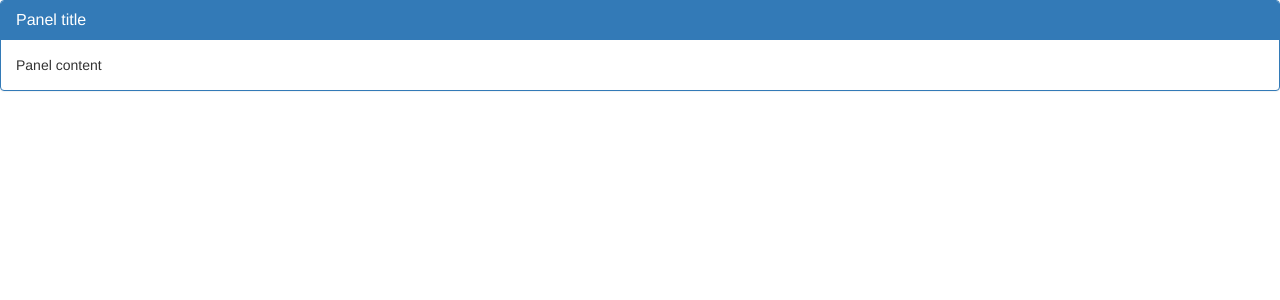
Repository: Bluesouls/eliauk.github.io
Page: Ajax学习笔记/day01/code/图书管理.html
These files come from the project's save history. The page is drawn as it stood at one moment and after the next save; the edit follows.
The browser window is 1280 px wide. The pictures show the whole page.

Above is the page before, as saved 2022-04-24 16:48:35.
Console error (its wording comes from the project's code and is left out).

### Ajax学习笔记/day01/code/图书管理.html
<!DOCTYPE html>
<html lang="en">
<head>
  <meta charset="UTF-8">
  <meta http-equiv="X-UA-Compatible" content="IE=edge">
  <meta name="viewport" content="width=device-width, initial-scale=1.0">
  <link href="https://cdn.bootcss.com/bootstrap/3.3.7/css/bootstrap.css" rel="stylesheet">
  <script src="https://cdn.bootcss.com/bootstrap/3.3.7/js/bootstrap.js"></script>
  <title>图书管理</title>
</head>
<body>

  <div class="panel panel-primary">
      <div class="panel-heading">
        <h3 class="panel-title">Panel title</h3>
      </div>
      <div class="panel-body">
        Panel content
      </div>
  </div>

</body>
</html>

After the next save:
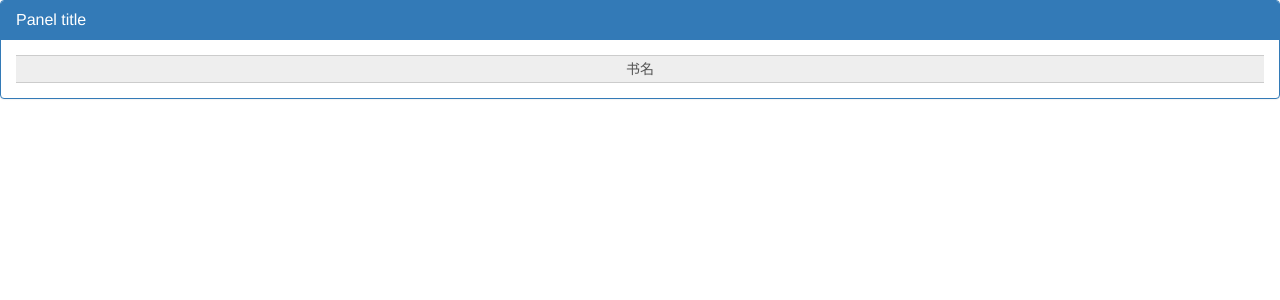
Saved 5 min 8 s later.
--- a/Ajax学习笔记/day01/code/图书管理.html
+++ b/Ajax学习笔记/day01/code/图书管理.html
@@ -15,7 +15,9 @@
         <h3 class="panel-title">Panel title</h3>
       </div>
       <div class="panel-body">
-        Panel content
+
+        <div class="input-group-addon">书名</div>
+
       </div>
   </div>
 
